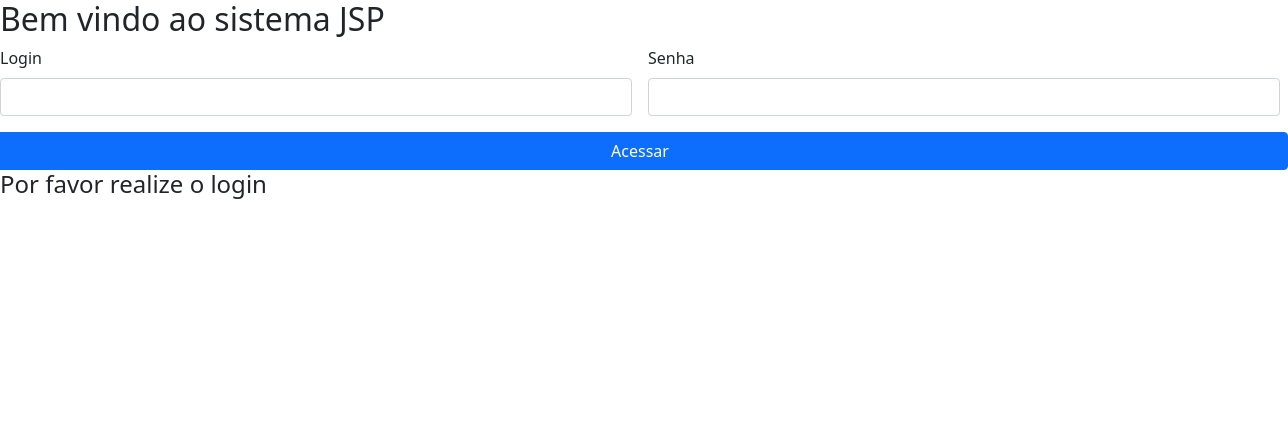
Repository: EduCarmo/PROJETO_JAVA-JSP_JDBC_SQL_JAVA
Page: http://localhost/curso-jsp/principal/navbar.jsp
These files come from the project's save history. The page is drawn as it stood at one moment and after the next save; the edit follows.
The browser window is 1280 px wide. The page is 1288 px wide, then 1280 px, so the pictures cover 1288 px, including what lies to the right of the window. The pictures show the whole page.
The page is served by Tomcat 10. Other server files are loaded and not shown.

Above is the page before, as saved 2024-03-13 22:17:17.

### curso-jsp/src/main/webapp/index.jsp
<%@ page language="java" contentType="text/html; charset=UTF-8"
	pageEncoding="UTF-8"%>
<!DOCTYPE html>
<html lang="pt-BR">
<head>
<meta charset="UTF-8">
<meta name="viewport" content="width=device-width, initial-scale=1">

<link
	href="https://cdn.jsdelivr.net/npm/bootstrap@5.0.2/dist/css/bootstrap.min.css"
	rel="stylesheet"
	integrity="sha384-EVSTQN3/azprG1Anm3QDgpJLIm9Nao0Yz1ztcQTwFspd3yD65VohhpuuCOmLASjC"
	crossorigin="anonymous">

<title>Curso JSP</title>

<link rel="stylesheet" href="style/style.css">

</head>
<body>

	<h2>Bem vindo ao sistema JSP</h2>

	<form action="ServletLogin" method="post" class="row g-3">

		<input type="hidden" value="<%=request.getParameter("url")%>"
			name="url">

		<div class="col-md-6">
			<label class="form-label">Login</label>
			<input name="login" type="text" class="form-control">
		</div>

		<div class="col-md-6">
			<label class="form-label">Senha</label>
			<input name="senha" type="password" class="form-control">
		</div>

		<input type="submit" value="Acessar" class="btn btn-primary">
	</form>

	<h4>${msg}</h4>

	<script
		src="https://cdn.jsdelivr.net/npm/bootstrap@5.0.2/dist/js/bootstrap.bundle.min.js"
		integrity="sha384-MrcW6ZMFYlzcLA8Nl+NtUVF0sA7MsXsP1UyJoMp4YLEuNSfAP+JcXn/tWtIaxVXM"
		crossorigin="anonymous"></script>

</body>
</html>

After the next save:
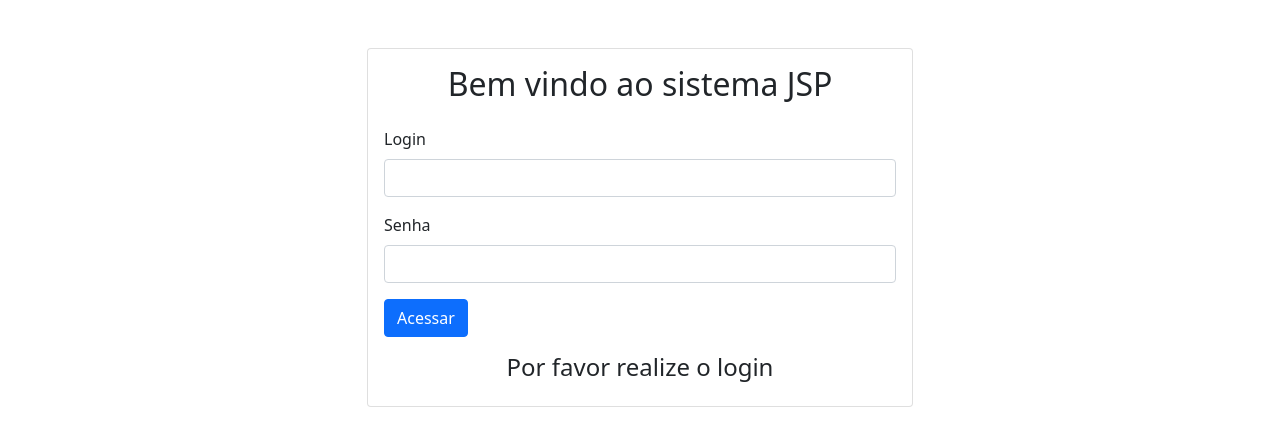
Saved 86 s later.
--- a/curso-jsp/src/main/webapp/index.jsp
+++ b/curso-jsp/src/main/webapp/index.jsp
@@ -5,46 +5,38 @@
 <head>
 <meta charset="UTF-8">
 <meta name="viewport" content="width=device-width, initial-scale=1">
-
-<link
-	href="https://cdn.jsdelivr.net/npm/bootstrap@5.0.2/dist/css/bootstrap.min.css"
-	rel="stylesheet"
-	integrity="sha384-EVSTQN3/azprG1Anm3QDgpJLIm9Nao0Yz1ztcQTwFspd3yD65VohhpuuCOmLASjC"
-	crossorigin="anonymous">
-
-<title>Curso JSP</title>
-
+<title>Curso JSP - Login</title>
+<link rel="stylesheet" href="https://cdn.jsdelivr.net/npm/bootstrap@5.0.2/dist/css/bootstrap.min.css" integrity="sha384-EVSTQN3/azprG1Anm3QDgpJLIm9Nao0Yz1ztcQTwFspd3yD65VohhpuuCOmLASjC" crossorigin="anonymous">
 <link rel="stylesheet" href="style/style.css">
-
 </head>
 <body>
 
-	<h2>Bem vindo ao sistema JSP</h2>
+<div class="container">
+    <div class="row justify-content-center mt-5">
+        <div class="col-md-6">
+            <div class="card">
+                <div class="card-body">
+                    <h2 class="text-center mb-4">Bem vindo ao sistema JSP</h2>
+                    <form action="ServletLogin" method="post">
+                        <input type="hidden" value="<%=request.getParameter("url")%>" name="url">
+                        <div class="mb-3">
+                            <label for="login" class="form-label">Login</label>
+                            <input type="text" class="form-control" id="login" name="login" required>
+                        </div>
+                        <div class="mb-3">
+                            <label for="senha" class="form-label">Senha</label>
+                            <input type="password" class="form-control" id="senha" name="senha" required>
+                        </div>
+                        <button type="submit" class="btn btn-primary btn-block">Acessar</button>
+                    </form>
+                    <h4 class="text-center mt-3">${msg}</h4>
+                </div>
+            </div>
+        </div>
+    </div>
+</div>
 
-	<form action="ServletLogin" method="post" class="row g-3">
-
-		<input type="hidden" value="<%=request.getParameter("url")%>"
-			name="url">
-
-		<div class="col-md-6">
-			<label class="form-label">Login</label>
-			<input name="login" type="text" class="form-control">
-		</div>
-
-		<div class="col-md-6">
-			<label class="form-label">Senha</label>
-			<input name="senha" type="password" class="form-control">
-		</div>
-
-		<input type="submit" value="Acessar" class="btn btn-primary">
-	</form>
-
-	<h4>${msg}</h4>
-
-	<script
-		src="https://cdn.jsdelivr.net/npm/bootstrap@5.0.2/dist/js/bootstrap.bundle.min.js"
-		integrity="sha384-MrcW6ZMFYlzcLA8Nl+NtUVF0sA7MsXsP1UyJoMp4YLEuNSfAP+JcXn/tWtIaxVXM"
-		crossorigin="anonymous"></script>
+<script src="https://cdn.jsdelivr.net/npm/bootstrap@5.0.2/dist/js/bootstrap.bundle.min.js" integrity="sha384-MrcW6ZMFYlzcLA8Nl+NtUVF0sA7MsXsP1UyJoMp4YLEuNSfAP+JcXn/tWtIaxVXM" crossorigin="anonymous"></script>
 
 </body>
 </html>
